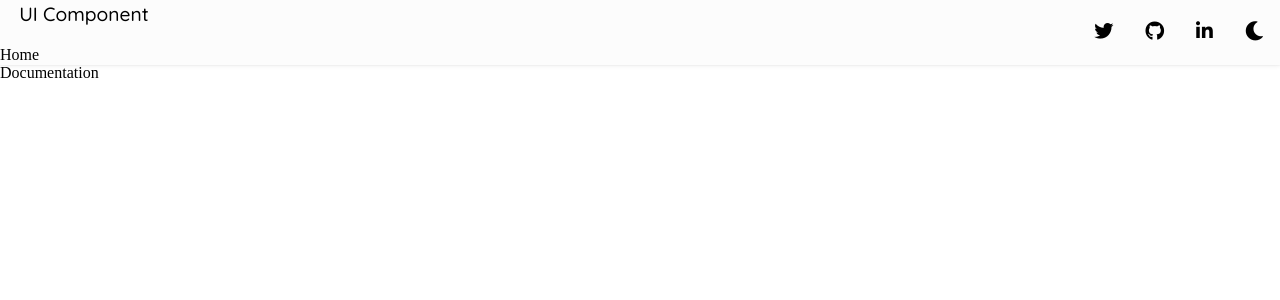
Repository: anuj-kumary/cmp-liab
Page: index.html
The author's editor kept a copy of each file at every save. The page is drawn from the files as they stood at one save, then again after the next save.
The browser window is 1280 px wide. The pictures show the whole page.
Some web libraries are served in a nearby version.

Above is the page before, as saved 2022-01-13 21:02:12.

After the next save:
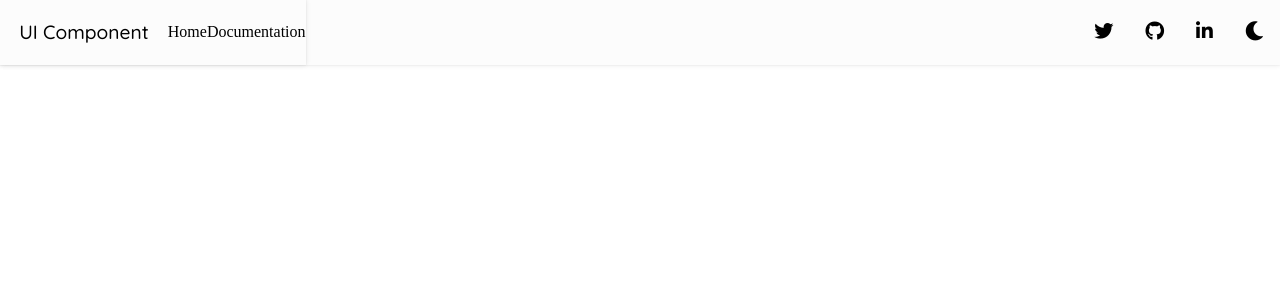
Saved 16 s later.
--- a/style.css
+++ b/style.css
@@ -11,7 +11,7 @@ body{
     min-height: 100vh;
     width: 100vw;
 }
-nav{
+nav,.navbar{
     display: flex;
     justify-content: space-between;
     align-items: center;
